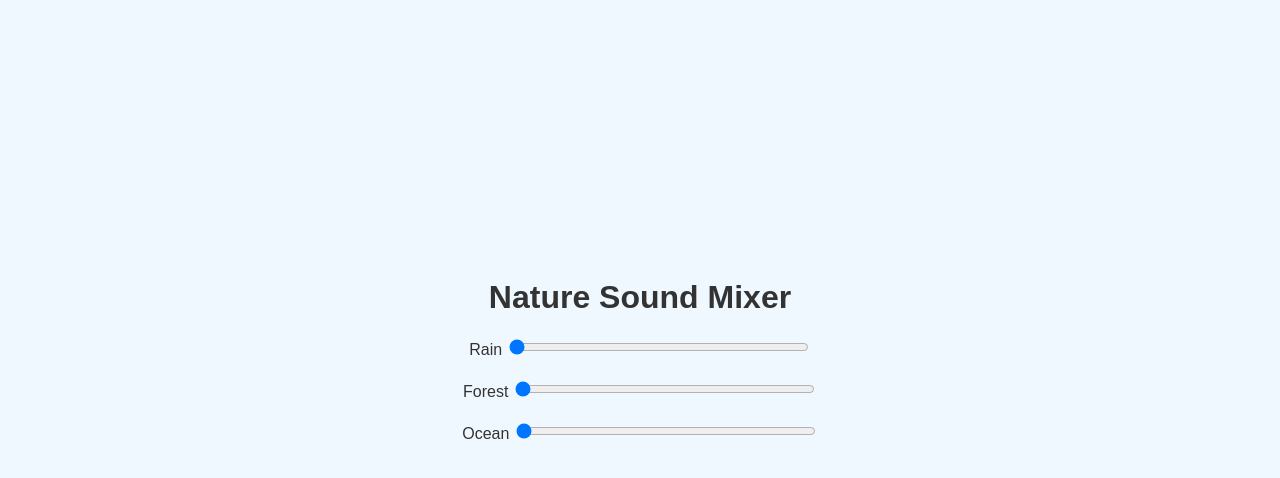
Repository: Suonii/nature-sound-mixer
Page: index.html
An editor plug-in stored every save of this project. The page is shown before and after the next save, followed by the edit.
The browser window is 1280 px wide. The pictures show the whole page.

Above is the page before, as saved 2024-07-24 11:38:35.

### index.html
<!DOCTYPE html>
<!-- Declares the document type and version of HTML-->
<html lang="en">
<!-- Sets the language attribute to english-->
<head>
    <!--sets the character encoding for the document UTF-8-->
    <meta charset="UTF=8">
    <!--ensures the page is responsive to different screen sizes and sets the viewport(the visible area of a webpage)-->
    <meta name="viewport" content="width=device-width, initial-scale=1.0">
    <!--the title of the webpage, displayed in the browser tab-->
    <title>Nature Sound Mixer</title>
    <!--links to the external css file for styling the webpage-->
    <link rel="stylesheet" href="styles.css">

</head>
<body>
    <!--The main container for te content of the web page-->
    <div class="container">
        <!--header title for the nature sound mixer-->
        <h1>Nature Sound Mixer</h1>

        <!--sound control section for rain sound-->
        <div class="sound control" id="rain">
            <!--label for the rain volume slider-->
            <label for="rain-slider">Rain</label>
            <!--Range input slider for controlling rain sound volume-->
            <input type="range" min="0" max="1" step="0.01" value="0" class="volume-slider" id="rain-slider">
    </div>

    <!--sound control section for forest sound-->
    <div class="sound-control" id="forest">
        <!--label for the forest volume slider-->
        <label for="forest-slider">Forest</label>
        <!--Range input slider for controlling forest sound volume -->
        <input type="range" min="0" max="1" step="0.01" value="0" class="volume-slider" id="forest-slider">
    </div>

    <!--sound control section for ocean sound-->
    <div class=" sound-control" id="ocean">
        <!--label for the volume slider-->
        <label for="ocean-slider">Ocean</label>
        <!--range input slider for controlling ocean sound volume-->
        <input type="range" min="0" max="1" step="0.01" value="0" class="volume-slider" id="ocean-slider">
    </div>
</div>
<!--links to the external javascript file for adding functionality-->
<script src="script.js"></script>
</body>
</html>

### styles.css
/*basic styling for the body element*/
body {
    /*sets the font family for the body text*/
    font-family: Arial, sans-serif;
    /*background color of the page*/
    background-color: #f0f8ff;
    /*text color for the page*/
    color: #333;
    /* centers the container vertically and horizontally*/
    display: flex;
    justify-content: center;
    align-items: center;
    /*full height of the viewport*/
    height:100vh;
    /*removes default margin*/
    margin: 0;
}

/*styles for the main container*/
.container {
    /*center-aligns text within the container*/
    text-align: center;
}

/*styles for each sound control section*/
.sound-control {
    /*adds space between each control section*/
    margin: 20px 0;
}

/*styles for the volume sliders*/
.volume-slider {
    /*width of the sliders*/
    width: 300px;
}

### script.js
//wait for the DOM to be fully loaded before running the script
document.addEventListener("DOMContentLoaded", function () {
    // Create a new AudioContext for audio processing
    const audioContext = new (window.AudioContext || window.webkitAudioContext) ();

    //object to store the sounds with their URLs, audio elements, and gain nodes
    const sounds = {
        rain: { url: 'sounds/rain.mp3', element: null, gainNode: null},
        forest: { url: 'sounds/forest.mp3', element: null, gainNode: null},
        ocean: { url: 'sounds/ocean.mp3', element: null, gainNode: null}
    };

    //Loop through each sound in the sounds object to set up the audio elements and gain nodes
    Object.keys(sounds).forEach(key => {
        const sound = sounds[key];

        //create a new audio element for the sound
        sound.element = new Audio(sound.url);
        //set the audio element to loop so the sound plays continuously
        sound.element.loop = true;

        //create a gain node for controlling the volume
        sound.gainNode = audioContext.createGain();
        //set the initial volume of the gain node to 0 (muted)
        sound.gainNode.gain.value = 0;

        //create media element source node from the audio element
        const track = audioContext.createMediaElementSource(sound.element);
        //connect the media element source to the gain node, and then to the audio context destination (speakers)
        track.connect(sound.gainNode).connect(audioContext.destination);

        //start playing the audio element
        sound.element.play();
    });

    //add event listeners to all volume sliders to control the volume of each sound
    document.querySelectorAll('.volume-slider').forEach(slider => {
        slider.addEventListener('input', function () {
            //get the sound ID (e.g., 'rain') from the sliders ID (e.g., 'rain-slider')
            const soundId = this.id.split('-')[0];
            //get the volume value from the slider
            const volume = this.value;
            //set the gain (volume) of the corresponding gain node
            sounds[soundId].gainNode.gain.value = volume;
        })
    })
});

After the next save:
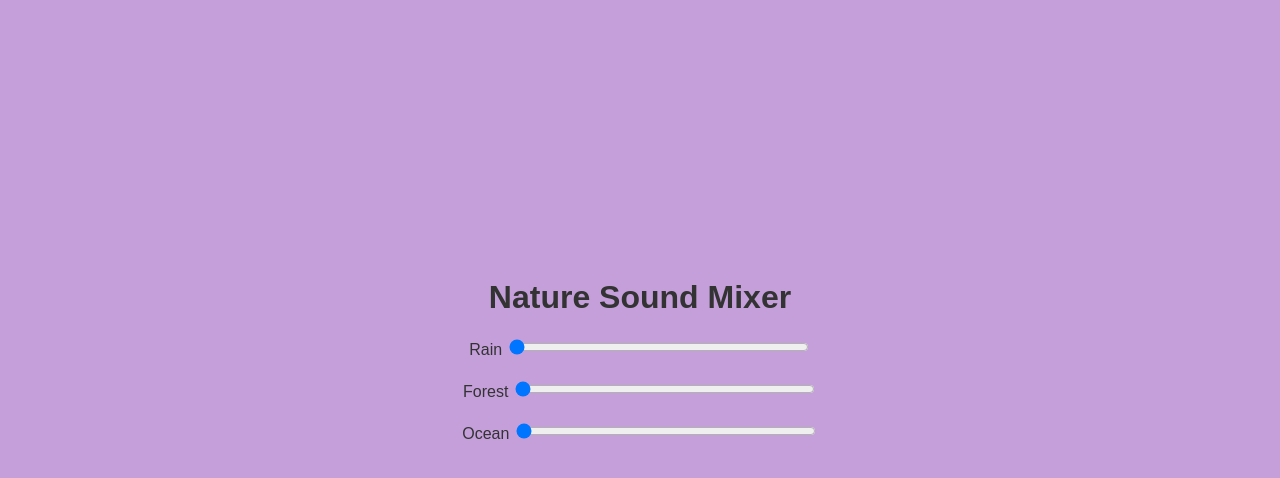
Saved 3 min 41 s later.
--- a/styles.css
+++ b/styles.css
@@ -3,7 +3,7 @@ body {
     /*sets the font family for the body text*/
     font-family: Arial, sans-serif;
     /*background color of the page*/
-    background-color: #f0f8ff;
+    background-color: #c59fda;
     /*text color for the page*/
     color: #333;
     /* centers the container vertically and horizontally*/
